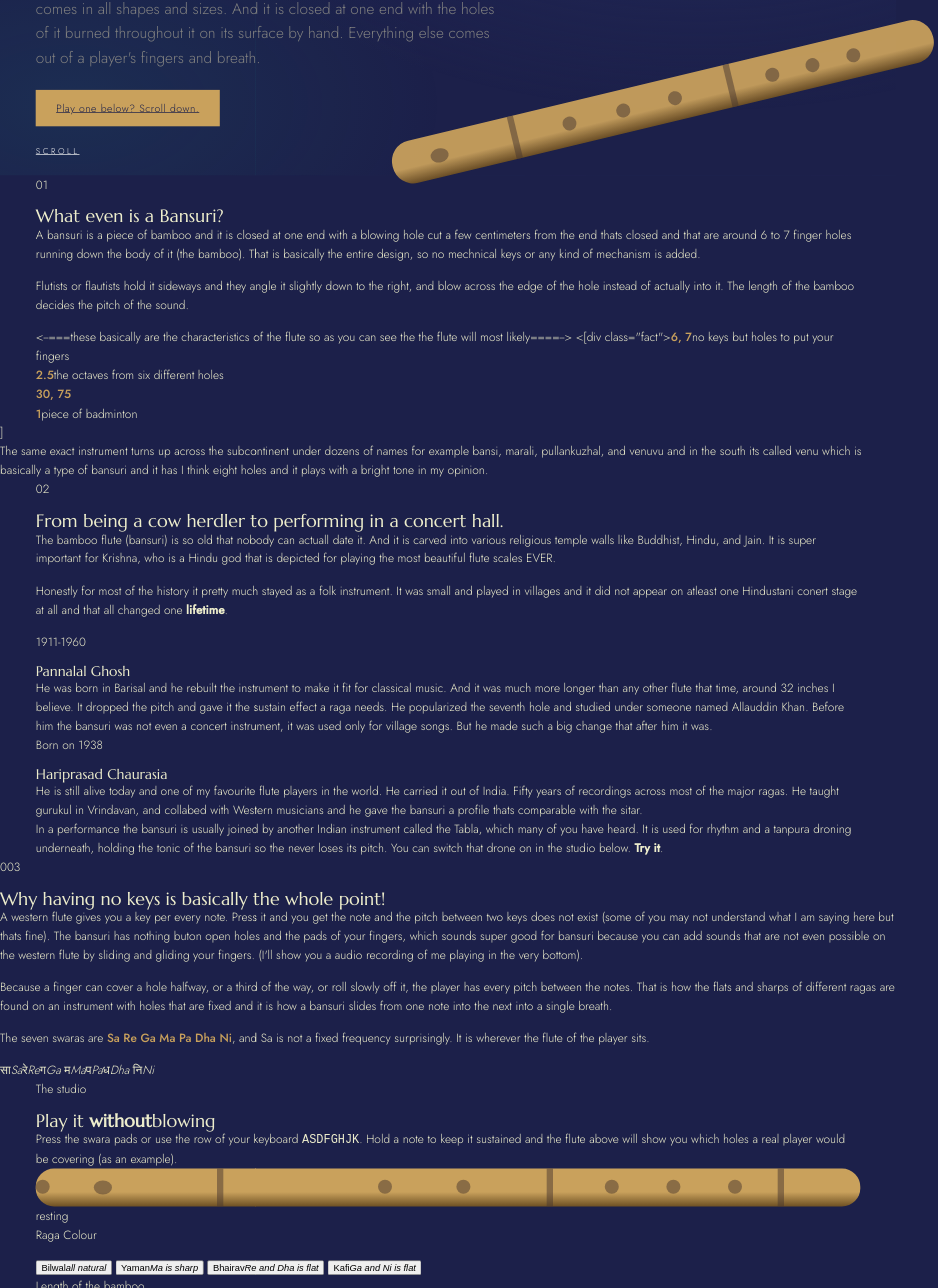
Repository: manayparikh1/Bansi
Page: index.html
The author's editor kept a copy of each file at every save. The page is drawn from the files as they stood at one save, then again after the next save.
The browser window is 1280 px wide. The page is 1340 px wide, so the pictures cover 1340 px, including what lies to the right of the window. The pictures show the part of the page from y = 489 to 2329 px (the page is 2658 px tall before and 3352 px after), at 70% of full size.

Above is the page before, as saved 2026-09-20 00:45:37.

After the next save:
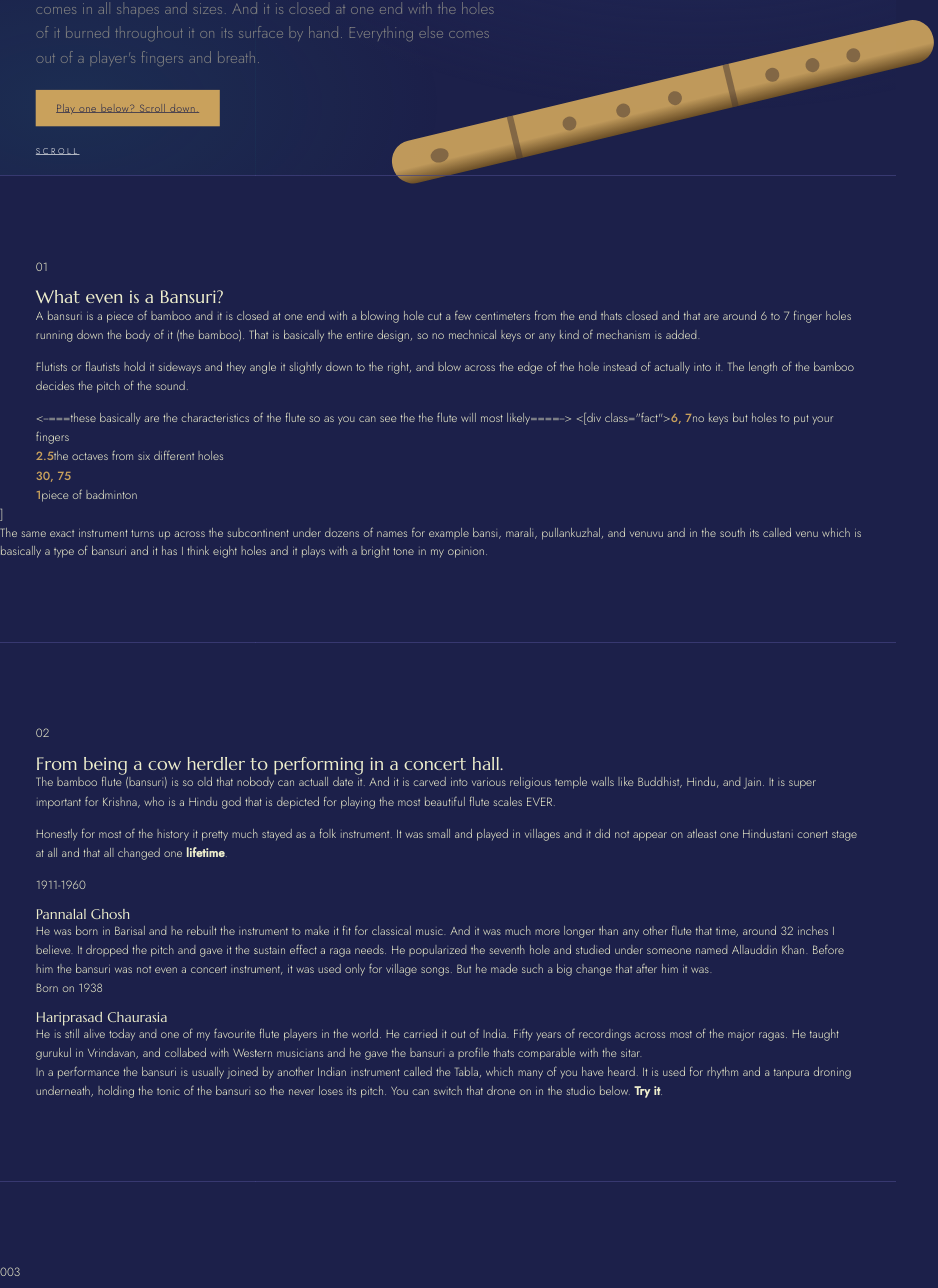
Saved 4 min 51 s later.
--- a/style.css
+++ b/style.css
@@ -267,27 +267,34 @@ h1 {
     transition: background 0.09s, box-shadow 0.09s;
 }
 
-/*starts from the fourth hole for some reason (most likely syntax error)*/
-.hole:nth-of-type(4) {
+.h0 {
     left: 31.5%;
 }
 
-.hole:nth-of-type(5) {
+.h1 {
     left: 41.5%;
 }
 
-.hole:nth-of-type(6) {
+.h2 {
     left: 51%;
 }
 
-.hole:nth-of-type(7) {
+.h3 {
     left: 69%;
 }
 
-.hole:nth-of-type(8) {
+.h4 {
     left: 76.5%;
 }
 
-.hole:nth-of-type(9) {
+.h5 {
     left: 84%;
 }
+
+/*--the bands*/
+/*it is the titles of the whole thing (very important for looks+organization*/
+.band {
+    padding: clamp(70px, 9vw, 130px) 0;
+    border-top: 1px solid #444482;
+
+}
